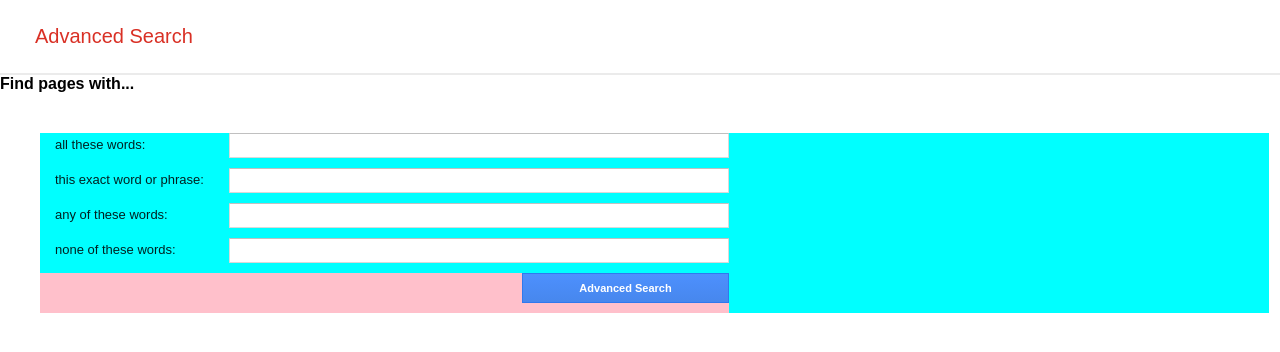
Repository: etentuk/search
Page: advanced_search.html
An editor plug-in stored every save of this project. The page is shown before and after the next save, followed by the edit.
The browser window is 1280 px wide. The pictures show the whole page.

Above is the page before, as saved 2021-11-05 16:28:36.

### advanced_search.html
<!DOCTYPE html>
<html lang="en">

<head>
    <link rel="icon" href="./google_search_new_logo_icon_159150.ico">
    <title>Advanced Search</title>
    <link rel="stylesheet" href="styles.css">
    <style>
        .form-content {
            display: flex;
        }

        .form-content .form-label {
            flex: 1;
            font-size: 13px;
            color: #222;
            line-height: 16px;
            font-weight: inherit;
            font-style: inherit;
            font-size: 100%;
            vertical-align: baseline;
            text-decoration: none;
            color: rgba(0, 0, 0, 0.87);
            text-decoration: none;
            line-height: 24px;
            font-size: 13px;
            padding-left: 15px;
            padding-right: 15px;
        }

        .form-input {
            flex: 1
        }

        .form-input input {
            border-radius: 1px;
            border: 1px solid #d9d9d9;
            border-top: 1px solid #c0c0c0;
            font-size: 13px;
            height: 25px;
            padding: 1px 8px;
            text-align: left;
        }
    </style>
</head>

<body>
    <div id="title">
        Advanced Search
    </div>
    <hr class="solid" style="border:1px solid #ebebeb;">
    <h4>Find pages with...</h4>
    <div>
        <form action="https://google.com/search" id="form">
            <div style="display: table-row;">
                <div class="form-content">
                    <div class="form-label">
                        <label for="as_q">all these words: </label>
                    </div>
                    <div class="form-input">
                        <input type="text" id="as_q" name="as_q">
                    </div>
                </div>
                <div class="form-content">
                    <div class="form-label">
                        <label for="as_epq">this exact word or phrase: </label>
                    </div>
                    <div class="form-input">
                        <input type="text" id="as_epq" name="as_epq">
                    </div>
                </div>
                <div class="form-content">
                    <div class="form-label">
                        <label for="as_oq">any of these words: </label>
                    </div>
                    <div class="form-input">
                        <input type="text" id="as_oq" name="as_oq">
                    </div>
                </div>
                <div class="form-content">
                    <div class="form-label">
                        <label for="as_eq">none of these words: </label>
                    </div>
                    <div class="form-input">
                        <input type="text" id="as_eq" name="as_eq">
                    </div>
                </div>
                <div id="submit">
                    <input type="submit" value="Advanced Search">
                </div>
        </form>
    </div>
</body>

</html>

### styles.css
* {
  margin: 0;
  padding: 0;
  box-sizing: border-box;
  font-family: Arial, sans-serif;
}

#title {
  color: #d93025;
  font-size: 20px;
  margin: 25px 35px;
}

#form {
  /* max-width: 1140px; */
  /* min-width: 100%; */
  background-color: aqua;
  width: 96%;
  margin: 40px;
}

.form-content {
  display: flex;
  flex-direction: row;
}

.form-content label {

  position: flex-start;
  padding-right: 10px;
  float: left;
}

.form-content input {
  position: flex-end;
  float: right;
  width: 500px;
}

label,
input {
  /* float: right; */
  display: table-cell;
  margin-bottom: 10px;
}

#submit {
  text-align: right;
  background-color: pink;
  width: 100%;
}

#submit input {
  border: 1px solid #3079ed;
  box-shadow: none;
  font-size: 11px;
  font-weight: bold;
  color: #fff;
  padding: 8px 12px;
  width: 30%;
  background-color: #4d90fe;
  background-image: -webkit-linear-gradient(top, #4d90fe, #4787ed);
}

After the next save:
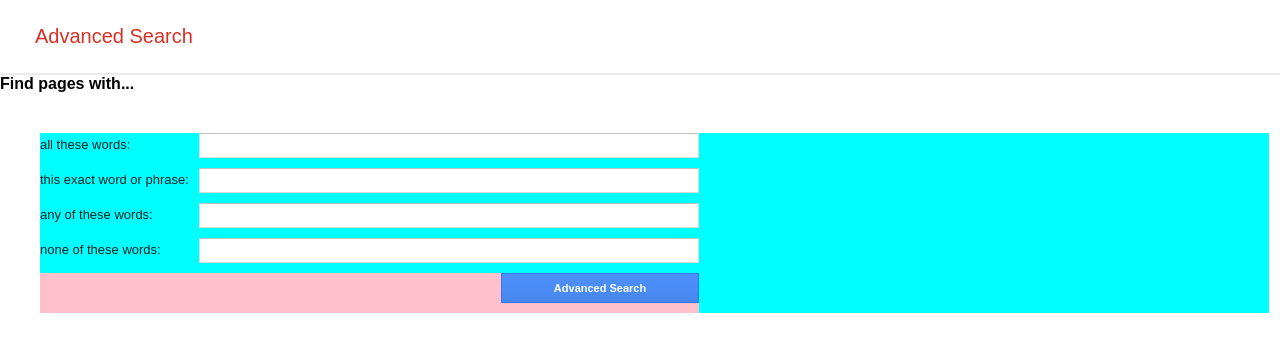
Saved 9 s later.
--- a/advanced_search.html
+++ b/advanced_search.html
@@ -24,8 +24,6 @@
             text-decoration: none;
             line-height: 24px;
             font-size: 13px;
-            padding-left: 15px;
-            padding-right: 15px;
         }
 
         .form-input {
